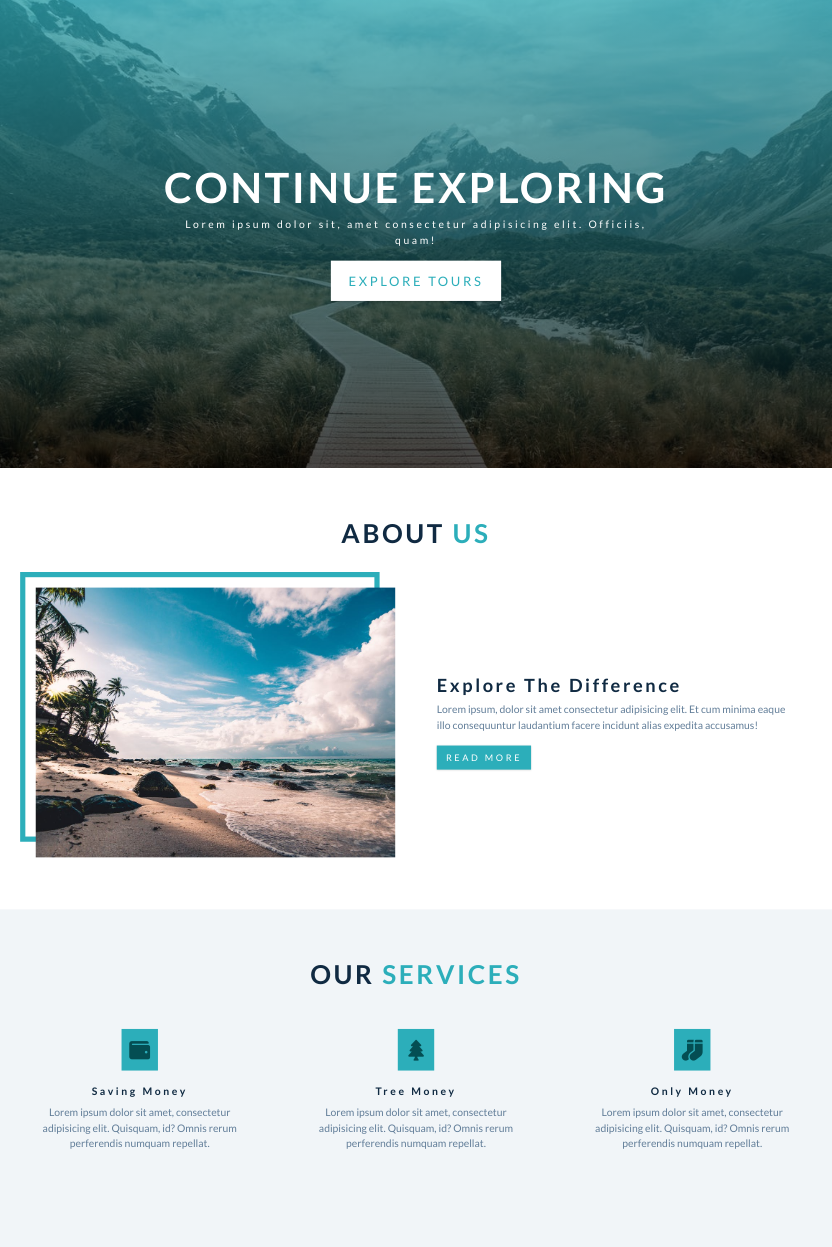
Repository: Ndifoinhilary/flexbox-project
Page: index.html
These files come from the project's save history. The page is drawn as it stood at one moment and after the next save; the edit follows.
The browser window is 1280 px wide. The pictures show the whole page, at 65% of full size.

Above is the page before, as saved 2024-01-21 15:17:40.

After the next save:
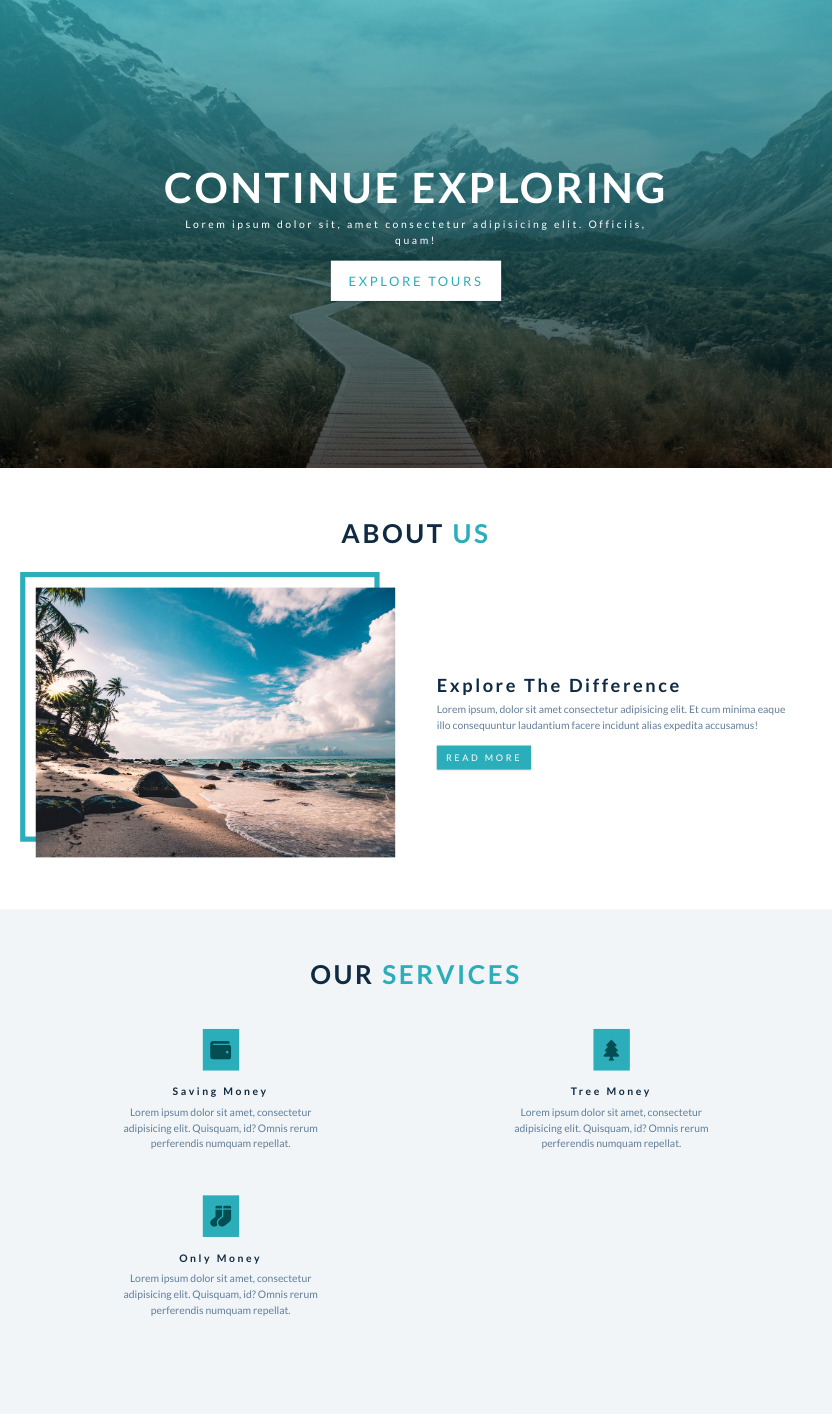
Saved 3 min 15 s later.
--- a/css/main.css
+++ b/css/main.css
@@ -301,6 +301,9 @@ Services
     justify-content: space-between;
     flex-wrap: wrap;
   }
+  .service{
+    flex: 0 0 calc(50% - 1rem);
+  }
 }
 /*
 ===============
